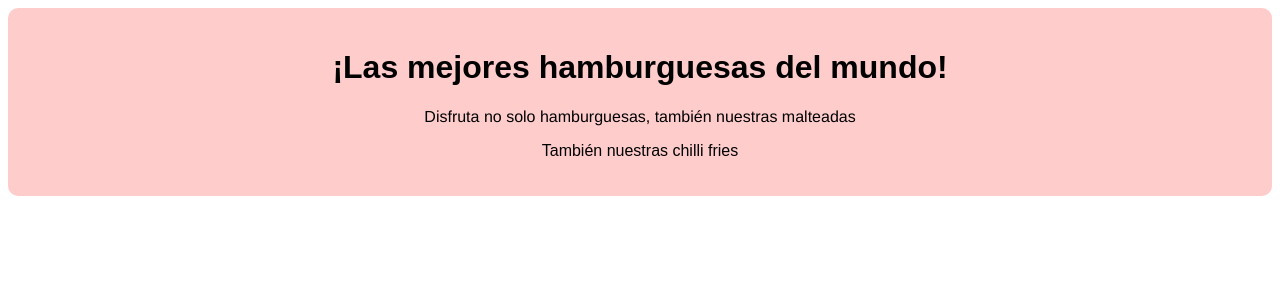
Repository: Andres250602/auth.django
Page: http://localhost/
These files come from the project's save history. The page is drawn as it stood at one moment and after the next save; the edit follows.
The browser window is 1280 px wide. The pictures show the whole page.
The page is served by the project's application, run on Django 5.2 (manage.py). Other server files are loaded and not shown.

Above is the page before, as saved 2024-04-05 11:36:51.

### myapp/views.py
from django.http import HttpResponse

def hello(request):
    """
    Retorna una respuesta HTTP con un mensaje centrado y estilizado que dice
    '¡Las mejores hamburguesas del mundo!', y algunos textos adicionales.
    """
    message = """
    <div style='font-family: Arial, sans-serif;
                text-align: center;
                background-color: #ffcccc; /* Color de fondo */
                padding: 20px; /* Espaciado interno */
                border-radius: 10px; /* Borde redondeado */'>
        <h1>¡Las mejores hamburguesas del mundo!</h1>
        <p style='font-family: "Helvetica Neue";'>Disfruta no solo hamburguesas, también nuestras malteadas</p>
        <p style='font-family: sans-serif;'>También nuestras chilli fries</p>
    </div>
    """
    return HttpResponse(message)

### mysite/urls.py
"""
URL configuration for mysite project.

The `urlpatterns` list routes URLs to views. For more information please see:
    https://docs.djangoproject.com/en/5.0/topics/http/urls/
Examples:
Function views
    1. Add an import:  from my_app import views
    2. Add a URL to urlpatterns:  path('', views.home, name='home')
Class-based views
    1. Add an import:  from other_app.views import Home
    2. Add a URL to urlpatterns:  path('', Home.as_view(), name='home')
Including another URLconf
    1. Import the include() function: from django.urls import include, path
    2. Add a URL to urlpatterns:  path('blog/', include('blog.urls'))
"""
from django.contrib import admin
from django.urls import path
from myapp.views import hello
urlpatterns = [
    path('admin/', admin.site.urls),
    path ('', hello)
]

After the next save:
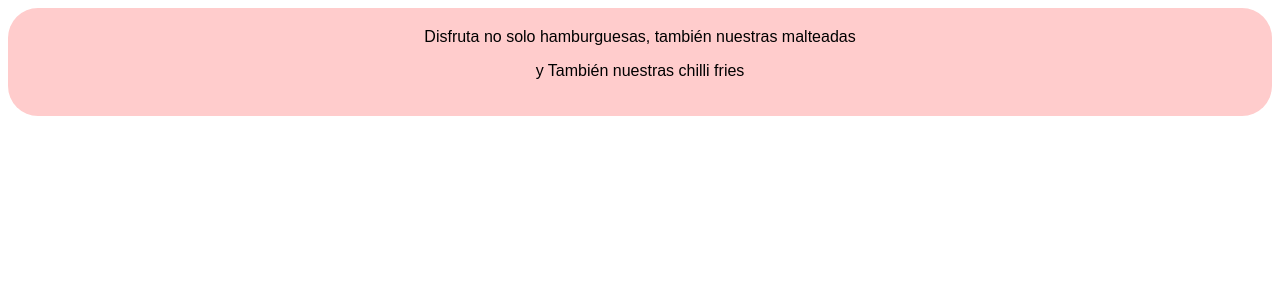
Saved 7 min 52 s later.
--- a/myapp/views.py
+++ b/myapp/views.py
@@ -1,19 +1,15 @@
 from django.http import HttpResponse
 
 def hello(request):
-    """
-    Retorna una respuesta HTTP con un mensaje centrado y estilizado que dice
-    '¡Las mejores hamburguesas del mundo!', y algunos textos adicionales.
-    """
     message = """
     <div style='font-family: Arial, sans-serif;
                 text-align: center;
-                background-color: #ffcccc; /* Color de fondo */
-                padding: 20px; /* Espaciado interno */
-                border-radius: 10px; /* Borde redondeado */'>
+                background-color: #ffcccc;
+                padding: 20px;
+                border-radius: 30px;
         <h1>¡Las mejores hamburguesas del mundo!</h1>
         <p style='font-family: "Helvetica Neue";'>Disfruta no solo hamburguesas, también nuestras malteadas</p>
-        <p style='font-family: sans-serif;'>También nuestras chilli fries</p>
+        <p style='font-family: sans-serif;'>y También nuestras chilli fries</p>
     </div>
     """
     return HttpResponse(message)
